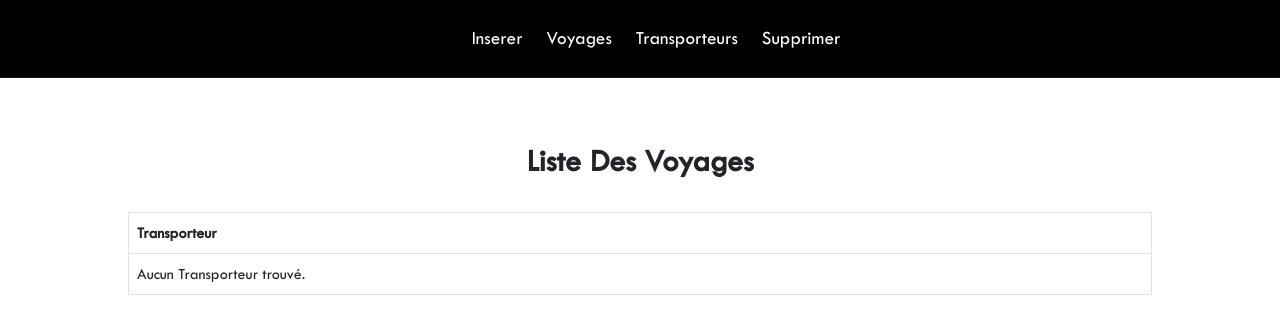
Repository: padevft/examen1-php
Page: http://localhost/server/pages/transporteurs.php
An editor plug-in stored every save of this project. The page is shown before and after the next save, followed by the edit.
The browser window is 1280 px wide. The pictures show the whole page.
The page is run by PHP 8.4 with error messages shown; the project is at /var/www/html/.

Above is the page before, as saved 2023-10-10 23:37:38.

### server/pages/transporteurs.php
<?php
    // require_once('../voyage/includes/Voyage.php');
    // require_once('../voyage/modeleVoyage.php');
    function Ctr_Liste(){
        // return Mdl_ListeTransporteur();
        return "";
    }
    $resultat = Ctr_Liste();
?>

<!DOCTYPE html>
<html lang="en">

<head>
  <meta charset="UTF-8" />
  <meta name="viewport" content="width=device-width, initial-scale=1.0" />
  <title>Examen1</title>

  <link rel="stylesheet" href="../../client/utilitaires/bootstrap/css/bootstrap.min.css">
  <link rel="stylesheet" href="../../client/utilitaires/font-awesome-4.7.0/css/font-awesome.min.css">
  <link rel="stylesheet" href="../../client/utilitaires/swiper/swiper-bundle.min.css">
  <link rel="stylesheet" href="../../client/css/styles.css">

</head>

<body>
  <header>
    <nav class="container-nav">
        <ul class="d-flex flex-row align-items-center justify-content-center gap-4 menu">
          <li><a href="./../../index.php" class="menu-item">Inserer</a></li>
            <li><a href="/server/pages/voyages.php" class="menu-item">Voyages</a></li>
            <li><a href="/server/pages/transporteurs.php" class="menu-item">Transporteurs</a></li>
            <li><a href="/server/pages/supprimerVols.php" class="menu-item">Supprimer</a></li>
        </ul>
    </nav>
  </header>
  <main class="voyages">
    <h2 class="d-flex justify-content-center py-3"><b>Liste Des Voyages</b></h2>
    <div class="table-responsive">
        <table class="table table-bordered rounded my-2 bg-white">
                <thead>
                    <tr class="active text-secondary">
                        <th>Transporteur</th>
                    </tr>
                </thead>
                <tbody>
                <?php
                    // Testez si $resultat est un tableau
                    if (is_array($resultat)) {
                        // Si c'est un tableau, itérez à travers les éléments et affichez-les
                        foreach ($resultat as $row) {
                            echo "<tr>";
                            echo "<td>" . $row['transporteur'] . "</td>";
                            echo "</tr>";
                        }
                    } else {
                        // Sinon, affichez un message d'erreur
                        echo "<tr><td colspan='4'>Aucun Transporteur trouvé.</td></tr>";
                    }
                    ?>
                </tbody>
            </table>
    </div>

  </main>
  </main>
  <script src="../../client/utilitaires/Jquery/jquery-3.6.0.min.js"></script>
  <script src="../../client/utilitaires/bootstrap/js/bootstrap.min.js"></script>
</body>

</html>

### client/css/styles.css
/* var text-decoration */
@font-face {
  font-family: myfont;
  src: url(../utilitaires/fonts/ufonts.com_tw-cen-mt.ttf);
}

:root {
  --color-primary: #c54f13;
  --color-primary-1: #b76b452e;
  --color-white-1: #fff;
  --color-dashed: #cccccc2f;
  --color-dashed-1: #cccccc90;
  --color-bg-1: rgba(0, 0, 0, 0.366);
}

* {
  transition: all 0.5s ease;
}

body {
  font-family: myfont !important;
}
h1 {
  display: inline-flex;
  position: relative;
  cursor: pointer;
}

a {
  color: unset;
  outline: unset;
  text-decoration: none !important;
}

ul {
  list-style-type: none; /* Retire les puces */
}

/*

****************************
Header
****************************

*/

header ul {
  margin: 0 !important;
}
.container-nav {
  padding: 1.5rem 0rem;
  background-color: black;
  border-bottom: 1px solid rgba(255, 255, 255, 0.1);
}

.menu-item {
  display: inline;
  position: relative;
  color: var(--color-white-1);
  padding-bottom: 5px;
  font-size: 1.2rem;
}

.menu-item:hover {
  color: var(--color-primary);
}
.menu-item::before {
  content: "";
  position: absolute;
  bottom: 0;
  left: 0;
  background: var(--color-primary);
  height: 2.5px;
  opacity: 1;
  visibility: visible;
  width: 0;
  -webkit-transition: 0.4s all ease-out;
  -o-transition: 0.4s all ease-out;
  transition: 0.4s all ease-out;
}
.menu-item:hover:before {
  width: 100%;
}

.container-form{
  border : 1px solid #ccc;
  border-radius: 10px;
  height: 100vh;
}
.voyages{
  padding: 3rem 8rem;
}

Loaded but not shown: client/utilitaires/bootstrap/css/bootstrap.min.css (library); client/utilitaires/font-awesome-4.7.0/css/font-awesome.min.css (library); client/utilitaires/swiper/swiper-bundle.min.css (library); client/utilitaires/Jquery/jquery-3.6.0.min.js (library); client/utilitaires/bootstrap/js/bootstrap.min.js (library)

After the next save:
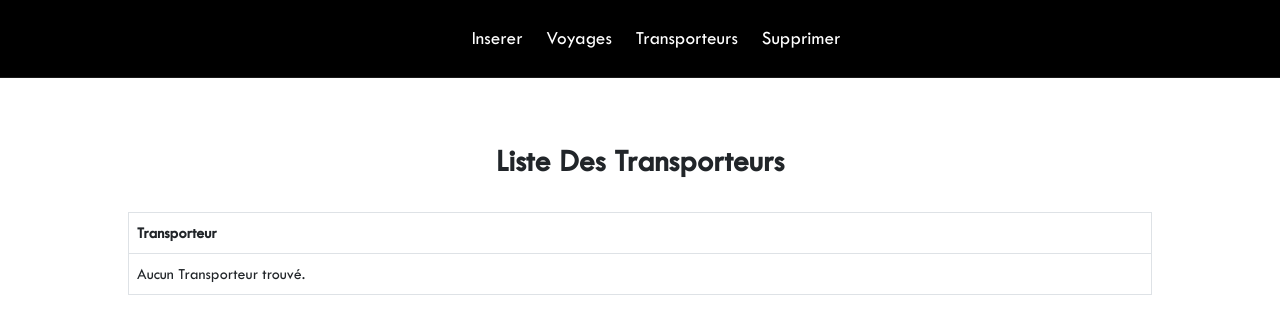
Saved 22 s later.
--- a/server/pages/transporteurs.php
+++ b/server/pages/transporteurs.php
@@ -35,7 +35,7 @@
     </nav>
   </header>
   <main class="voyages">
-    <h2 class="d-flex justify-content-center py-3"><b>Liste Des Voyages</b></h2>
+    <h2 class="d-flex justify-content-center py-3"><b>Liste Des Transporteurs</b></h2>
     <div class="table-responsive">
         <table class="table table-bordered rounded my-2 bg-white">
                 <thead>
